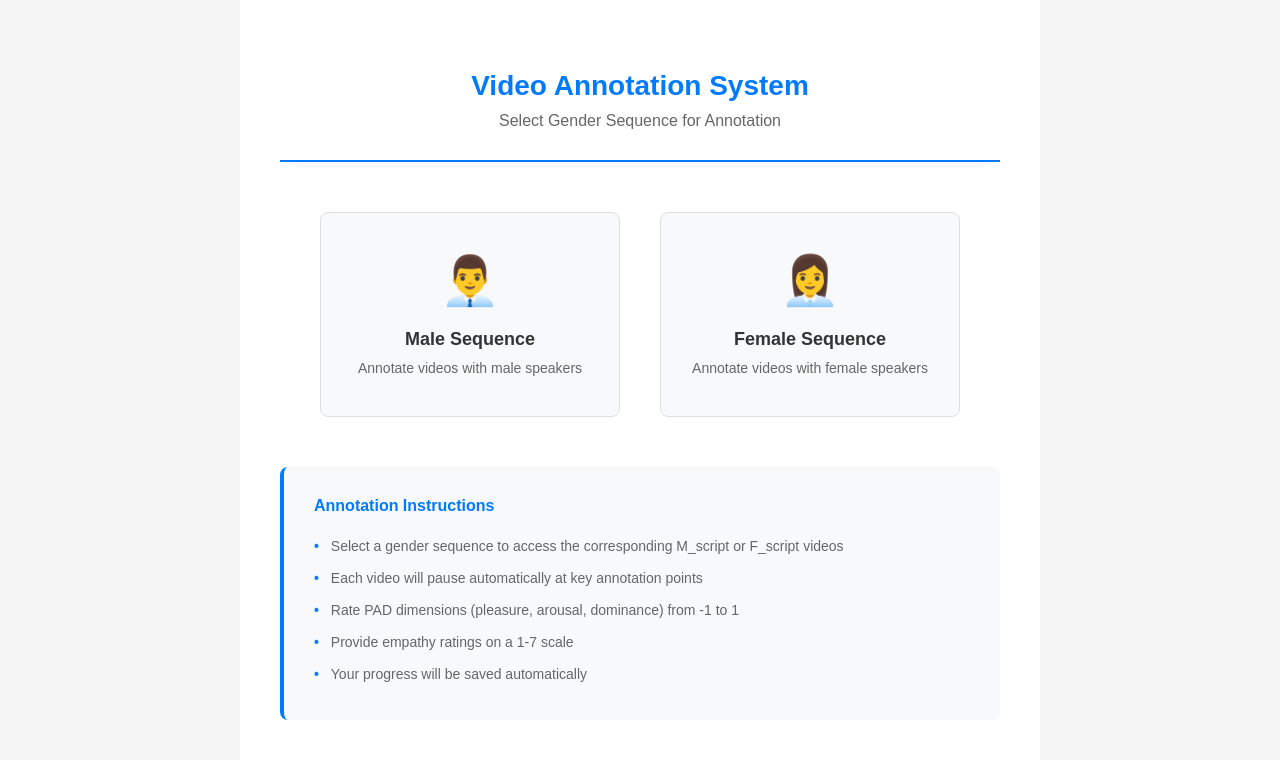
Repository: Matsuyou-Wang/MPES-system
Page: gender-selection.html
An editor plug-in stored every save of this project. The page is shown before and after the next save, followed by the edit.
The browser window is 1280 px wide. The pictures show the whole page.

Above is the page before, as saved 2025-11-25 10:13:32.

### gender-selection.html
<!DOCTYPE html>
<html lang="en">
<head>
    <meta charset="UTF-8">
    <meta name="viewport" content="width=device-width, initial-scale=1.0">
    <title>IEMOCAP Annotation System - Gender Selection</title>
    <link rel="stylesheet" href="styles.css">
    <style>
        .gender-selection-container {
            max-width: 800px;
            margin: 0 auto;
            padding: 40px;
            background: white;
            min-height: 100vh;
        }

        .header {
            text-align: center;
            margin-bottom: 50px;
            padding: 30px 0;
            border-bottom: 2px solid #007bff;
        }

        .header h1 {
            font-size: 28px;
            color: #007bff;
            margin-bottom: 10px;
            font-weight: 600;
        }

        .header .subtitle {
            font-size: 16px;
            color: #666;
        }

        .gender-options {
            display: flex;
            gap: 40px;
            justify-content: center;
            margin: 40px 0;
            flex-wrap: wrap;
        }

        .gender-option {
            background: #f8f9fa;
            border: 1px solid #e0e0e0;
            border-radius: 8px;
            padding: 40px 30px;
            cursor: pointer;
            transition: all 0.3s ease;
            min-width: 250px;
            flex: 1;
            max-width: 300px;
            text-align: center;
        }

        .gender-option:hover {
            background-color: #e3f2fd;
            border-color: #007bff;
            transform: translateY(-3px);
            box-shadow: 0 4px 12px rgba(0, 123, 255, 0.15);
        }

        .gender-icon {
            font-size: 3em;
            margin-bottom: 20px;
            display: block;
            color: #666;
        }

        .gender-option:hover .gender-icon {
            color: #007bff;
        }

        .gender-title {
            font-size: 18px;
            font-weight: 600;
            margin-bottom: 10px;
            color: #333;
        }

        .gender-description {
            font-size: 14px;
            color: #666;
        }

        .info-section {
            margin-top: 50px;
            padding: 30px;
            background: #f8f9fa;
            border-radius: 8px;
            border-left: 4px solid #007bff;
        }

        .info-section h3 {
            font-size: 16px;
            color: #007bff;
            margin-bottom: 15px;
        }

        .info-section ul {
            list-style: none;
            padding: 0;
        }

        .info-section li {
            padding: 8px 0;
            font-size: 14px;
            color: #666;
        }

        .info-section li:before {
            content: "• ";
            color: #007bff;
            font-weight: bold;
            margin-right: 8px;
        }
    </style>
</head>
<body>
    <div class="gender-selection-container">
        <div class="header">
            <h1>Video Annotation System</h1>
            <p class="subtitle">Select Gender Sequence for Annotation</p>
        </div>

        <div class="gender-options">
            <div class="gender-option male" id="maleOption">
                <span class="gender-icon">👨‍💼</span>
                <div class="gender-title">Male Sequence</div>
                <div class="gender-description">Annotate videos with male speakers</div>
            </div>

            <div class="gender-option female" id="femaleOption">
                <span class="gender-icon">👩‍💼</span>
                <div class="gender-title">Female Sequence</div>
                <div class="gender-description">Annotate videos with female speakers</div>
            </div>
        </div>

        <div class="info-section">
            <h3>Annotation Instructions</h3>
            <ul>
                <li>Select a gender sequence to access the corresponding M_script or F_script videos</li>
                <li>Each video will pause automatically at key annotation points</li>
                <li>Rate PAD dimensions (pleasure, arousal, dominance) from -1 to 1</li>
                <li>Provide empathy ratings on a 1-7 scale</li>
                <li>Your progress will be saved automatically</li>
            </ul>
        </div>
    </div>

    <script>
        function selectGender(gender) {
            console.log('正在选择性别:', gender);
            try {
                // 存储选择的性别到 localStorage
                localStorage.setItem('selectedGender', gender);
                console.log('已保存到 localStorage:', gender);

                // 跳转到主注释界面
                const targetUrl = 'annotation.html?gender=' + gender;
                console.log('跳转到:', targetUrl);
                window.location.href = targetUrl;
            } catch (error) {
                console.error('选择性别时出错:', error);
                alert('选择性别时出错，请重试');
            }
        }

        // 等待页面加载完成
        document.addEventListener('DOMContentLoaded', function() {
            console.log('页面加载完成，绑定事件监听器');

            // 获取性别选项元素
            const maleOption = document.getElementById('maleOption');
            const femaleOption = document.getElementById('femaleOption');

            if (maleOption) {
                maleOption.addEventListener('click', function(e) {
                    console.log('点击了男性选项');
                    e.preventDefault();
                    selectGender('male');
                });
                console.log('男性选项事件监听器已绑定');
            } else {
                console.error('找不到男性选项元素');
            }

            if (femaleOption) {
                femaleOption.addEventListener('click', function(e) {
                    console.log('点击了女性选项');
                    e.preventDefault();
                    selectGender('female');
                });
                console.log('女性选项事件监听器已绑定');
            } else {
                console.error('找不到女性选项元素');
            }
        });
    </script>
</body>
</html>

Loaded but not shown: styles.css (1356 lines, source omitted)

After the next save:
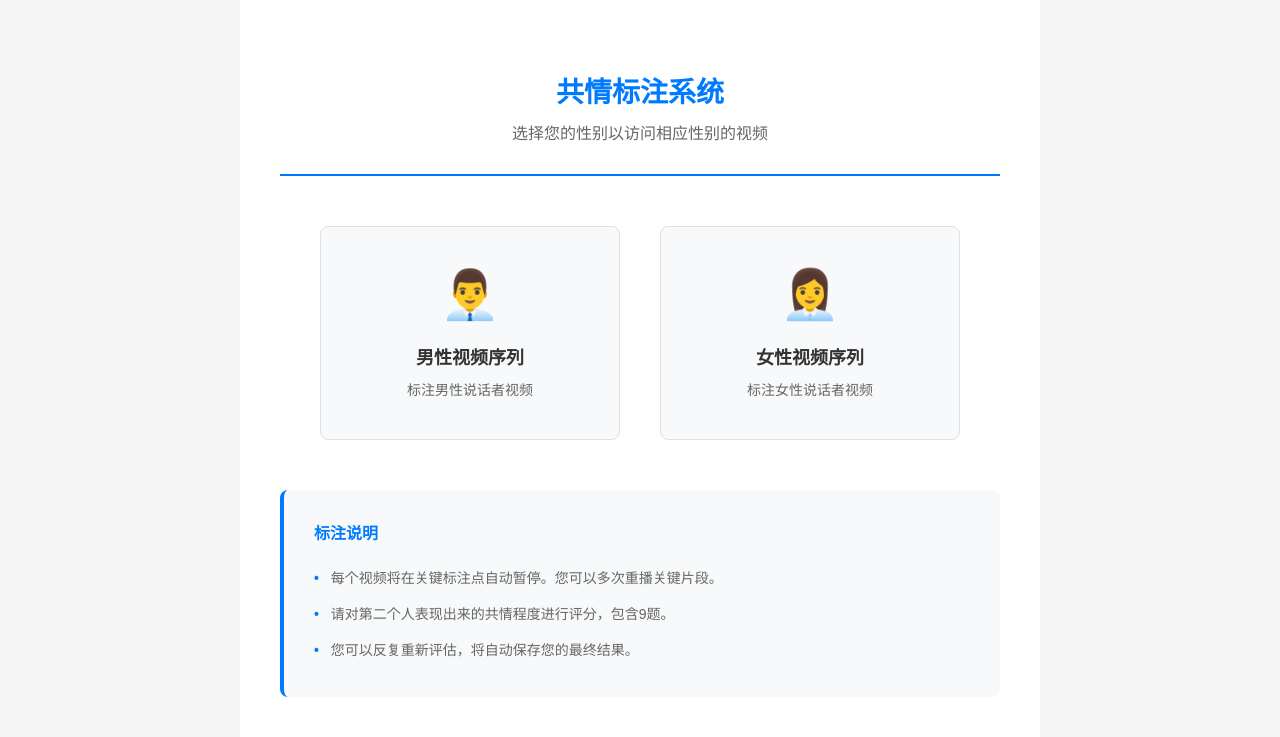
Saved 2 min 2 s later.
--- a/gender-selection.html
+++ b/gender-selection.html
@@ -3,7 +3,7 @@
 <head>
     <meta charset="UTF-8">
     <meta name="viewport" content="width=device-width, initial-scale=1.0">
-    <title>IEMOCAP Annotation System - Gender Selection</title>
+    <title>共情标注系统 - 性别选择</title>
     <link rel="stylesheet" href="styles.css">
     <style>
         .gender-selection-container {
@@ -120,32 +120,30 @@
 <body>
     <div class="gender-selection-container">
         <div class="header">
-            <h1>Video Annotation System</h1>
-            <p class="subtitle">Select Gender Sequence for Annotation</p>
+            <h1>共情标注系统</h1>
+            <p class="subtitle">选择您的性别以访问相应性别的视频</p>
         </div>
 
         <div class="gender-options">
             <div class="gender-option male" id="maleOption">
                 <span class="gender-icon">👨‍💼</span>
-                <div class="gender-title">Male Sequence</div>
-                <div class="gender-description">Annotate videos with male speakers</div>
+                <div class="gender-title">男性视频序列</div>
+                <div class="gender-description">标注男性说话者视频</div>
             </div>
 
             <div class="gender-option female" id="femaleOption">
                 <span class="gender-icon">👩‍💼</span>
-                <div class="gender-title">Female Sequence</div>
-                <div class="gender-description">Annotate videos with female speakers</div>
+                <div class="gender-title">女性视频序列</div>
+                <div class="gender-description">标注女性说话者视频</div>
             </div>
         </div>
 
         <div class="info-section">
-            <h3>Annotation Instructions</h3>
+            <h3>标注说明</h3>
             <ul>
-                <li>Select a gender sequence to access the corresponding M_script or F_script videos</li>
-                <li>Each video will pause automatically at key annotation points</li>
-                <li>Rate PAD dimensions (pleasure, arousal, dominance) from -1 to 1</li>
-                <li>Provide empathy ratings on a 1-7 scale</li>
-                <li>Your progress will be saved automatically</li>
+                <li>每个视频将在关键标注点自动暂停。您可以多次重播关键片段。</li>
+                <li>请对第二个人表现出来的共情程度进行评分，包含9题。</li>
+                <li>您可以反复重新评估，将自动保存您的最终结果。</li>
             </ul>
         </div>
     </div>
